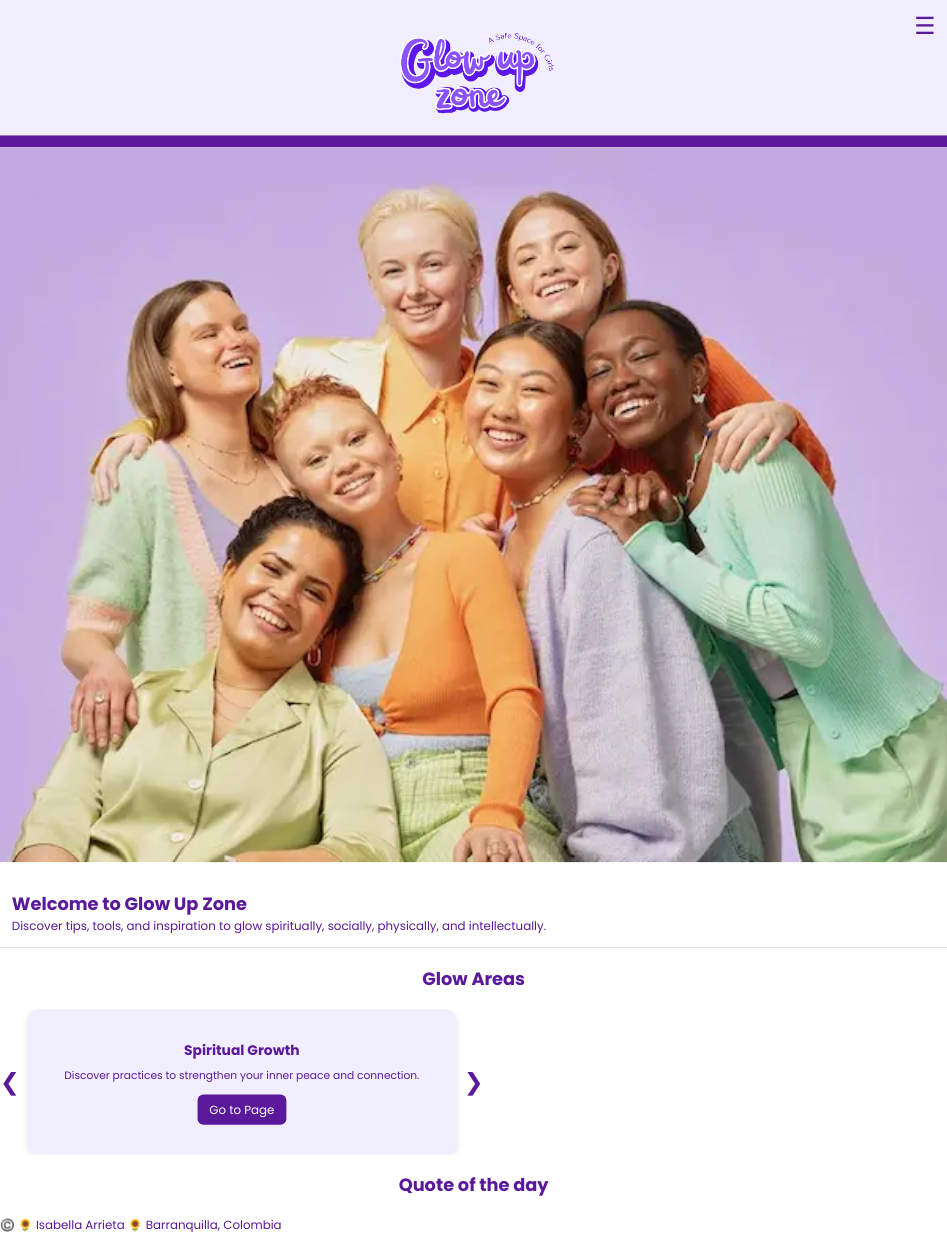
Repository: isaAJ05/wdd131
Page: final-project/final-project.html
These files come from the project's save history. The page is drawn as it stood at one moment and after a run of saves; the edit follows.
The browser window is 1280 px wide. The pictures show the whole page, at 74% of full size.

Above is the page before, as saved 2025-08-09 00:59:45.

### final-project/final-project.html
<!DOCTYPE html>
<html lang="en">
<head>
    <meta charset="UTF-8">
    <meta name="viewport" content="width=device-width, initial-scale=1.0">
    <title>WDD 131 – Glow Up Zone</title>
    <meta name="description" content="WDD 131 – This website is a positive and inspiring space for girls who want to improve different areas of their lives. It will include tips and resources organized into four sections: Spiritual, Social, Physical, and Intellectual.">
    <meta name="author" content="Isabella Arrieta">
    <link rel="stylesheet" href="styles/final-project.css">
    <link rel="stylesheet" href="styles/final-project-large.css">
    <link rel="preconnect" href="https://fonts.googleapis.com">
    <link rel="preconnect" href="https://fonts.gstatic.com" crossorigin>
    <link href="https://fonts.googleapis.com/css2?family=Nunito:wght@300;400;700&family=Poppins:wght@400;600;700&family=Quicksand:wght@400;500;700&display=swap" rel="stylesheet">
    <script src="scripts/final-project.js" defer></script>
</head>
<body>
    <header>
        <div class="title">
            <img src="images/logo.png" alt="" title="">
        </div>
        <button type="button" id="menu" title="Hambutton"></button>
        <nav>
            <ul class="navigation">
			<li><a href="#" class="home">Home</a></li>
			<li><a href="#" class="old">Old</a></li>
			<li><a href="#" class="new">New</a></li>
			<li><a href="#" class="large">Large</a></li>
			<li><a href="#" class="small">Small</a></li>
		</ul>
        </nav>
    </header>
    <main>
        <div class="hero">
            <picture>
            <source media="(min-width: 700px)" srcset="">
            <img src="images/glow-2.webp" alt="" title="">
            </picture>
        </div>
        <section >
                <div class="one">
                <h1>Welcome to Glow Up Zone</h2>
                <p>Discover tips, tools, and inspiration to glow spiritually, socially, physically, and intellectually.</p>
                </div>
        </section>
        <h2>Glow Areas</h2>
        <section class="cards">
        <button class="arrow left">&#10094;</button>
        <div class="cards-container">
            <div class="card">
                <div class="card2">
            <h3 id="card-title"></h3>
            <p id="card-text"></p>
            <a id="card-link" href="#" class="btn">Go to Page</a>
            </div>
            </div>
            </div>
        </div>
        <button class="arrow right">&#10095;</button>
        </section>
        <section>
            <div class="two">
                <h2>Quote of the day</h2>

            </div>
        </section>

    </main>
    <footer>
            <p>
            ©️<span id="currentyear"></span> 🌻 Isabella Arrieta 🌻 Barranquilla, Colombia
        </p>
        <p class="last-modified">
            <span id="lastModified"></span>
        </p>
    </footer>

</body>
</html>

### final-project/styles/final-project.css
:root {
    --primary-color: #5a189a;
    --secondary-color: #fa198b;
    --thirdary-color: #ff6f91;
    --accent-color: #3a86ff;
    --background-color: #f1efff;
    --font-one: "Poppins", sans-serif;
    --font-two: "Nunito", sans-serif;
    --font-three: "Quicksand", sans-serif;
}
* {
    box-sizing: border-box;
    margin: 0;
    padding: 0;
}

body {
    font-family: var(--font-one);
    color: var(--primary-color);
}

.title {
    text-align: center;
    background-color: var(--background-color);
}
.title img {
    width: 350px;
    height: auto;
}
.hero img{
    width: 100%;
    height: auto;
}
.one{
  border-bottom: #D6D6D6 1px solid;
  padding: 1rem;
  margin: 1rem 0;
}
nav{
    display: block;
    background-color: var(--primary-color);
}

#menu {
	font-size: 2rem;
	border: 0;
	background: none;
	position: absolute;
	top: 1rem;
	right: 1rem;
}

#menu::before {
	content: "☰";
    color: var(--primary-color);
}

#menu.open::before {
	content: "✖";
    color: white;
}

.navigation {
	list-style: none;
	display: flex;
	flex-direction: column;
    color: #fff;
    padding-top: 1rem;
    background-color: none;
}

.navigation a {
	display: none;
	color: #fff;
	text-align: center;
	text-decoration: none;
    padding: 0.5rem;
    font-size: 1rem;


}

.navigation a:hover {
	text-decoration: underline;
	background-color: #eee;
	color: #000;
}
.open a {
	display: block;
}
.open img{
    display: none;
}
h2{
    padding: 0.5rem;
    margin: 1rem 0;
    text-align: center;
}
.cards {
    position: relative;
    display: flex;
    align-items: center;
    overflow: hidden;
    width: 100%;
}



.card {
    min-width: 80%;
    margin: 0 10px;
    padding: 20px;
    background: var(--background-color);
    border-radius: 15px;
    box-shadow: 0 4px 10px rgba(0,0,0,0.1);
    text-align: center;
}
.card2 {
    min-width: 80%;
    margin: 0 10px;
    padding: 20px;
    background: var(--background-color);

    text-align: center;
}

.card h3 {
    color: var(--primary-color);
    margin-bottom: 10px;
}

.card p {
    font-size: 0.9rem;
    margin-bottom: 15px;
}

.btn {
    display: inline-block;
    background: var(--primary-color);
    color: white;
    padding: 8px 16px;
    border-radius: 8px;
    text-decoration: none;
}

.arrow {
    background: none;
    border: none;
    font-size: 2rem;
    cursor: pointer;
    color: var(--primary-color);
}

### final-project/scripts/final-project.js
const hamButton = document.querySelector('#menu');
const navigation = document.querySelector('.navigation');
const title = document.querySelector('.title');

hamButton.addEventListener('click', () => {
	navigation.classList.toggle('open');
    hamButton.classList.toggle('open');
    title.classList.toggle('open');
});
const cardsData = [
    {
        title: "Spiritual Growth",
        text: "Discover practices to strengthen your inner peace and connection.",
        link: "spiritual.html"
    },
    {
        title: "Social Skills",
        text: "Learn how to connect, communicate, and build strong relationships.",
        link: "social.html"
    },
    {
        title: "Intellectual Growth",
        text: "Boost your mind with tips, knowledge, and creative thinking.",
        link: "intellectual.html"
    },
    {
        title: "Physical Wellness",
        text: "Stay active and healthy with routines and self-care habits.",
        link: "physical.html"
    }
];

let currentIndex = 0;

const cardTitle = document.getElementById("card-title");
const cardText = document.getElementById("card-text");
const cardLink = document.getElementById("card-link");

function updateCard() {
    cardTitle.textContent = cardsData[currentIndex].title;
    cardText.textContent = cardsData[currentIndex].text;
    cardLink.href = cardsData[currentIndex].link;
}

document.querySelector(".arrow.right").addEventListener("click", () => {
    currentIndex = (currentIndex + 1) % cardsData.length;
    updateCard();
});

document.querySelector(".arrow.left").addEventListener("click", () => {
    currentIndex = (currentIndex - 1 + cardsData.length) % cardsData.length;
    updateCard();
});

updateCard();

Loaded but not shown: final-project/styles/final-project-large.css (no copy from this time; the picture is the same without it)

After the next 3 saves:
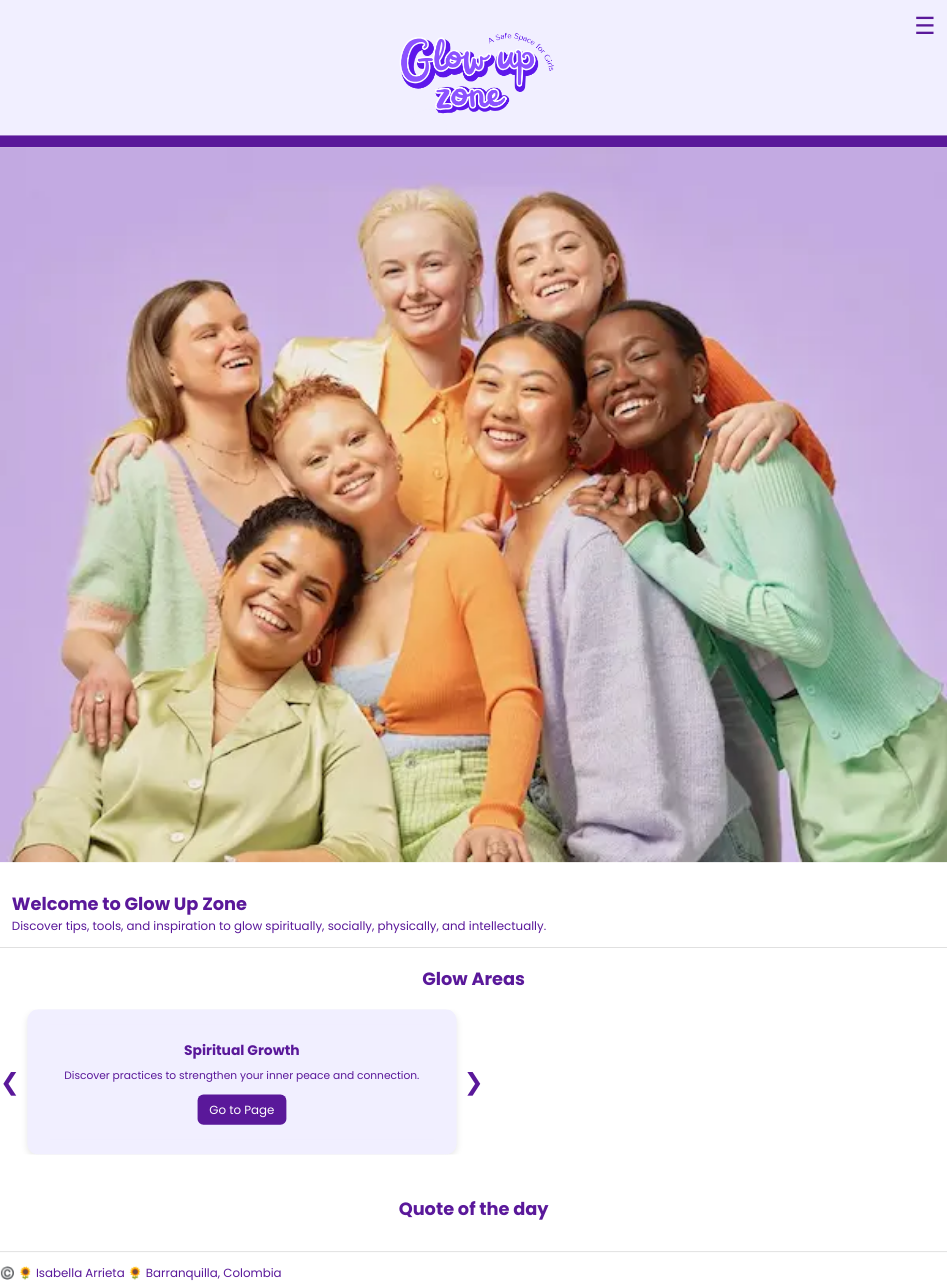
The 3 saves are shown as one change because they came seconds apart.
The last was saved 82 s later.
--- a/final-project/styles/final-project.css
+++ b/final-project/styles/final-project.css
@@ -150,3 +150,11 @@ h2{
     cursor: pointer;
     color: var(--primary-color);
 }
+.two{
+    border-bottom: #D6D6D6 1px solid;
+    padding: 1rem;
+    margin: 1rem 0;
+    text-align: center;
+    font-family: var(--font-one);
+    font-weight: 400;
+}
